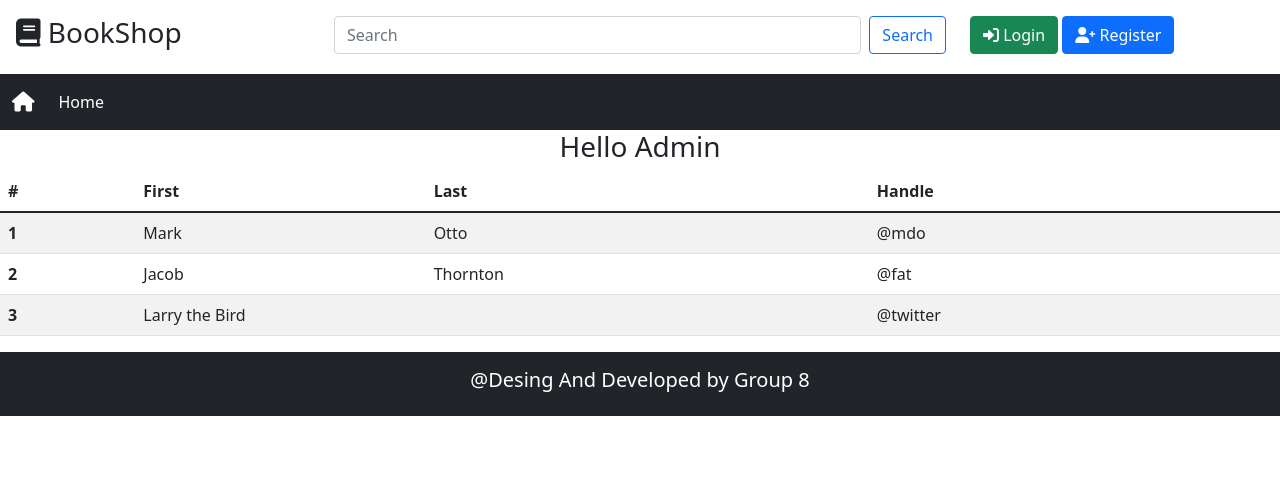
Repository: Abhishekverma23797/BookShopApp
Page: http://localhost/Ebook-App/Admin/all_books.jsp
An editor plug-in stored every save of this project. The page is shown before and after the next save, followed by the edit.
The browser window is 1280 px wide. The pictures show the whole page.
The page is served by Tomcat 9. Other server files are loaded and not shown.

Above is the page before, as saved 2021-12-09 10:08:50.

### Ebook-App/src/main/webapp/Admin/all_books.jsp
<%@ page language="java" contentType="text/html; charset=ISO-8859-1"
	pageEncoding="ISO-8859-1"%>
<!DOCTYPE html>
<html>
<head>
<meta charset="ISO-8859-1">
<title>All Books</title>
<%@include file="AllCss.jsp"%>
</head>
<body>
	<%@include file="navbar.jsp"%>
	<h3 class="text-center">Hello Admin</h3>

	<table class="table table-striped table-hover">
		<thead>
			<tr>
				<th scope="col">#</th>
				<th scope="col">First</th>
				<th scope="col">Last</th>
				<th scope="col">Handle</th>
			</tr>
		</thead>
		<tbody>
			<tr>
				<th scope="row">1</th>
				<td>Mark</td>
				<td>Otto</td>
				<td>@mdo</td>
			</tr>
			<tr>
				<th scope="row">2</th>
				<td>Jacob</td>
				<td>Thornton</td>
				<td>@fat</td>
			</tr>
			<tr>
				<th scope="row">3</th>
				<td colspan="2">Larry the Bird</td>
				<td>@twitter</td>
			</tr>
		</tbody>
	</table>
	<%@include file="footer.jsp"%>
</body>
</html>

### Ebook-App/src/main/webapp/Admin/AllCss.jsp
<!-- CSS only -->
<link
	href="https://cdn.jsdelivr.net/npm/bootstrap@5.1.3/dist/css/bootstrap.min.css"
	rel="stylesheet"
	integrity="sha384-1BmE4kWBq78iYhFldvKuhfTAU6auU8tT94WrHftjDbrCEXSU1oBoqyl2QvZ6jIW3"
	crossorigin="anonymous">


<!-- JavaScript Bundle with Popper -->
<script
	src="https://cdn.jsdelivr.net/npm/bootstrap@5.1.3/dist/js/bootstrap.bundle.min.js"
	integrity="sha384-ka7Sk0Gln4gmtz2MlQnikT1wXgYsOg+OMhuP+IlRH9sENBO0LRn5q+8nbTov4+1p"
	crossorigin="anonymous"></script>


<link rel="stylesheet"
	href="https://cdnjs.cloudflare.com/ajax/libs/font-awesome/6.0.0-beta3/css/all.min.css"
	integrity="sha512-Fo3rlrZj/k7ujTnHg4CGR2D7kSs0v4LLanw2qksYuRlEzO+tcaEPQogQ0KaoGN26/zrn20ImR1DfuLWnOo7aBA=="
	crossorigin="anonymous" referrerpolicy="no-referrer" />

<link rel="stylesheet" href="style.css">

### Ebook-App/src/main/webapp/Admin/navbar.jsp

<div class="container-fluid p-3">


	<div class="row">

		<div class="col-md-3">

			<h3>

				<i class="fas fa-book"></i> BookShop
			</h3>
		</div>

		<div class="col-md-6">
			<form class="d-flex">
				<input class="form-control me-2 my-lg-0" type="search"
					placeholder="Search" aria-label="Search">
				<button class="btn btn-outline-primary" type="submit">Search</button>
			</form>
		</div>

		<div class="col-md-3">

			<a href="Login.jsp" class="btn btn-success "><i
				class="fas fa-sign-in-alt"></i> Login</a> <a href="Register.jsp"
				class="btn btn-primary"><i class="fas fa-user-plus"></i>
				Register</a>

		</div>

	</div>

</div>
<nav class="navbar navbar-expand-lg navbar-dark bg-dark bg-custom">
	<div class="container-fluid">
		<a class="navbar-brand" href="#"><i class="fas fa-home"></i></a>
		<button class="navbar-toggler" type="button" data-bs-toggle="collapse"
			data-bs-target="#navbarSupportedContent"
			aria-controls="navbarSupportedContent" aria-expanded="false"
			aria-label="Toggle navigation">
			<span class="navbar-toggler-icon"></span>
		</button>
		<div class="collapse navbar-collapse" id="navbarSupportedContent">
			<ul class="navbar-nav me-auto mb-2 mb-lg-0">
				<li class="nav-item"><a class="nav-link active"
					aria-current="page" href="home.jsp"> Home</a></li>

				</form>
		</div>
	</div>
</nav>

### Ebook-App/src/main/webapp/Admin/footer.jsp
<div class="conatiner-fluid text-center text-white p-3 mt-2 bg-dark " >

<h5>@Desing And Developed by Group 8</h5>

</div>

### Ebook-App/src/main/webapp/Admin/style.css

.bg-custom{

	background-color: #303f9f;
}

.navbar .nav-item:hover  {

	background-color: black;
	color: blue;
	border-radius: 20px

}

After the next save:
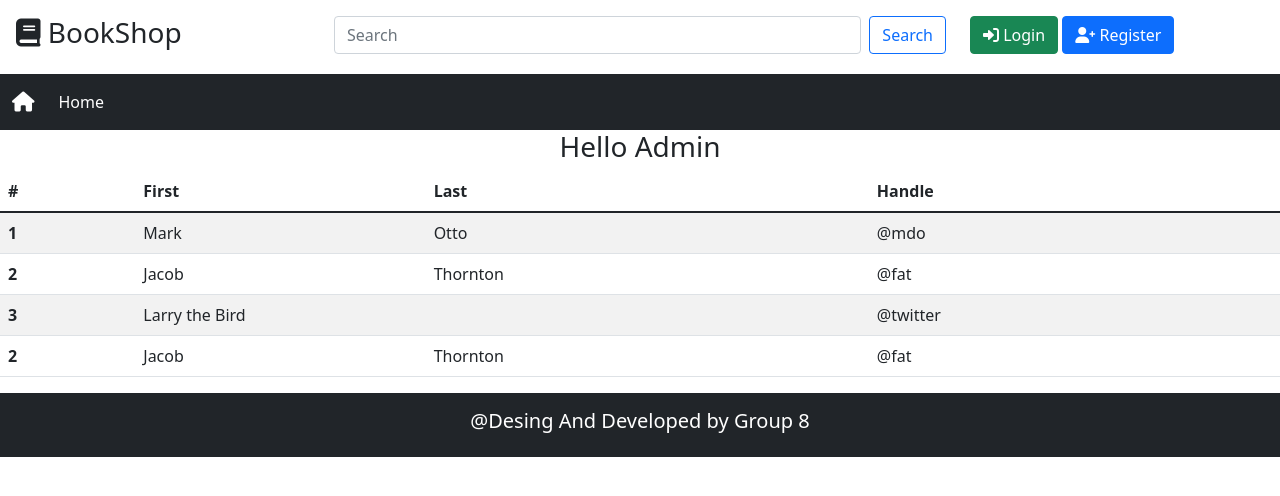
Saved 21 s later.
--- a/Ebook-App/src/main/webapp/Admin/all_books.jsp
+++ b/Ebook-App/src/main/webapp/Admin/all_books.jsp
@@ -38,6 +38,12 @@
 				<td colspan="2">Larry the Bird</td>
 				<td>@twitter</td>
 			</tr>
+			<tr>
+				<th scope="row">2</th>
+				<td>Jacob</td>
+				<td>Thornton</td>
+				<td>@fat</td>
+			</tr>
 		</tbody>
 	</table>
 	<%@include file="footer.jsp"%>
